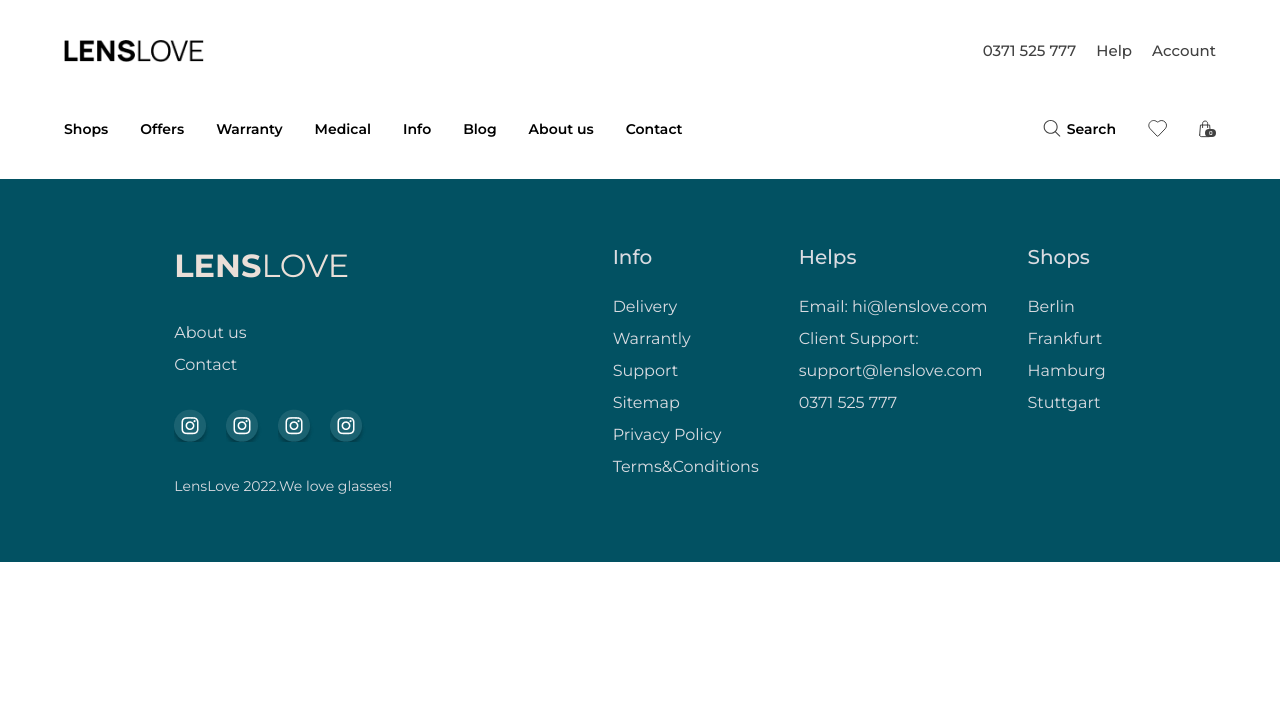
Repository: thienthanhvinh/glasses-react
Page: /shop
The author's editor kept a copy of each file at every save. The page is drawn from the files as they stood at one save, then again after a run of saves.
The browser window is 1280 px wide. The pictures show the whole page.
The project was rebuilt for these pictures with package versions that can differ from the ones it lists, and the page was loaded fresh each time. Also part of the build but not shown: src/App.css, src/components/button/Button.js, src/components/category/Category.js, src/components/intro/Intro.js, src/components/sales/SpringSales.js, src/modules/GlassesGrid.js, src/modules/GlassesItem.js, src/modules/HeadlineImage.js and 11 more.

Above is the page before, as saved 2023-02-13 20:07:50.

### public/index.html
<!DOCTYPE html>
<html lang="en">
  <head>
    <meta charset="utf-8" />
    <link rel="icon" href="%PUBLIC_URL%/favicon.ico" />
    <meta name="viewport" content="width=device-width, initial-scale=1" />
    <meta name="theme-color" content="#000000" />
    <meta
      name="description"
      content="Web site created using create-react-app"
    />
    <link rel="apple-touch-icon" href="%PUBLIC_URL%/logo192.png" />
    <!--
      manifest.json provides metadata used when your web app is installed on a
      user's mobile device or desktop. See https://developers.google.com/web/fundamentals/web-app-manifest/
    -->
    <link rel="manifest" href="%PUBLIC_URL%/manifest.json" />
    <!--
      Notice the use of %PUBLIC_URL% in the tags above.
      It will be replaced with the URL of the `public` folder during the build.
      Only files inside the `public` folder can be referenced from the HTML.

      Unlike "/favicon.ico" or "favicon.ico", "%PUBLIC_URL%/favicon.ico" will
      work correctly both with client-side routing and a non-root public URL.
      Learn how to configure a non-root public URL by running `npm run build`.
    -->
    <link href="https://fonts.googleapis.com/css2?family=Montserrat:wght@300;400;500;600;700&display=swap" rel="stylesheet">
    <title>React App</title>
  </head>
  <body>
    <noscript>You need to enable JavaScript to run this app.</noscript>
    <div id="root"></div>
    <!--
      This HTML file is a template.
      If you open it directly in the browser, you will see an empty page.

      You can add webfonts, meta tags, or analytics to this file.
      The build step will place the bundled scripts into the <body> tag.

      To begin the development, run `npm start` or `yarn start`.
      To create a production bundle, use `npm run build` or `yarn build`.
    -->
  </body>
</html>

### src/index.js
import React from 'react';
import ReactDOM from 'react-dom/client';
import './index.css';
import App from './App';
import reportWebVitals from './reportWebVitals';
import { BrowserRouter } from 'react-router-dom';
import { ToastContainer, toast } from 'react-toastify';
import 'react-toastify/dist/ReactToastify.css';

const root = ReactDOM.createRoot(document.getElementById('root'));
root.render(
  // <React.StrictMode>
  <BrowserRouter>
    <App />
    <ToastContainer></ToastContainer>
  </BrowserRouter>
  // </React.StrictMode>
);

// If you want to start measuring performance in your app, pass a function
// to log results (for example: reportWebVitals(console.log))
// or send to an analytics endpoint. Learn more: https://bit.ly/CRA-vitals
reportWebVitals();

### src/index.css
/* body {
  margin: 0;
  font-family: -apple-system, BlinkMacSystemFont, 'Segoe UI', 'Roboto', 'Oxygen',
    'Ubuntu', 'Cantarell', 'Fira Sans', 'Droid Sans', 'Helvetica Neue',
    sans-serif;
  -webkit-font-smoothing: antialiased;
  -moz-osx-font-smoothing: grayscale;
}

code {
  font-family: source-code-pro, Menlo, Monaco, Consolas, 'Courier New',
    monospace;
} */

@tailwind base;
@tailwind components;
@tailwind utilities;

body {
  font-family: 'Montserrat', sans-serif;
}
/* .darkmode-input:checked + div .darkmode-spinner {
  transform: translateX(33px);
} */
.active-light {
  transform: translateX(0px);
  transition: all 0.4s;
}
.active-dark {
  transform: translateX(33px);
  transition: all 0.4s;
}

/* .darkmode-input:checked + div {


} */

/* .darkmode-input:checked + div .darkmode-spinner {
  background-color: white;
} */

### src/App.js

import { Route, Routes } from 'react-router-dom';
import './App.css';
import HomePage from './pages/HomePage';
import ShopPage from './pages/ShopPage';
import SignInPage from './pages/SignInPage';
import SignUpPage from './pages/SignUpPage';

function App() {
  return (
    <Routes>
      <Route path='/sign-up' element={<SignUpPage></SignUpPage>}></Route>
      <Route path='/sign-in' element={<SignInPage></SignInPage>}></Route>
      <Route path='/' element={<HomePage></HomePage>}></Route>
      <Route path='/shop' element={<ShopPage></ShopPage>}></Route>
    </Routes>
  );
}

export default App;

### src/pages/ShopPage.js
import React from 'react';
import SpringSales from '../components/sales/SpringSales';
import LayoutGlasses from '../layout/LayoutGlasses';

const ShopPage = () => {
    return (
        <>
            <LayoutGlasses>

            </LayoutGlasses>
        </>
    );
};

export default ShopPage;

### src/modules/Menu.js
import React from "react";
import { Link } from "react-router-dom";
import Navbar from "../components/navbar/Navbar";

const Menu = () => {
  return (
    <div className="py-10 px-16">
      <div className="flex items-center justify-between mb-14">
        <img src="/logo.png" alt="" className="w-[140px] h-auto object-cover" />
        <div className="flex gap-x-5 text-secondary-3 text-[15px] font-medium">
            <span>0371 525 777</span>
            <Link to="/">Help</Link>
            <Link to="/sign-in">Account</Link>
        </div>
      </div>
      <Navbar></Navbar>
    </div>
  );
};

export default Menu;

### src/modules/Footer.js
import React from "react";
import { Link } from "react-router-dom";

const Footer = () => {
  return (
    <div className="bg-primary flex justify-around px-16 py-16 text-gray-white">
      <div className="flex flex-col">
        <h2 className="text-secondary font-extrabold text-[32px] leading-[46px] mb-8">
          LENS<span className="font-normal">LOVE</span>
        </h2>
        <Link to="/about" className="mb-2">
          About us
        </Link>
        <Link to="contact" className="mb-8">
          Contact
        </Link>
        <div className="flex gap-x-4 mb-8">
          <span>
            <img src="/Instagram.png" alt="" />
          </span>
          <span>
            <img src="/Instagram.png" alt="" />
          </span>
          <span>
            <img src="/Instagram.png" alt="" />
          </span>
          <span>
            <img src="/Instagram.png" alt="" />
          </span>
        </div>
        <p className="text-[14px] leading-[24px]">
          LensLove 2022.We love glasses!
        </p>
      </div>
      <div className="flex gap-x-10">
        <div>
          <h3 className="font-medium text-xl mb-6">Info</h3>
          <div className="flex flex-col gap-y-2">
            <p>Delivery</p>
            <p>Warrantly</p>
            <p>Support</p>
            <p>Sitemap</p>
            <p>Privacy Policy</p>
            <p>Terms&Conditions</p>
          </div>
        </div>
        <div>
          <h3 className="font-medium text-xl mb-6">Helps</h3>
          <div className="flex flex-col gap-y-2">
            <p>Email: hi@lenslove.com</p>
            <p>Client Support:</p>
            <p>support@lenslove.com</p>
            <p>0371 525 777</p>
          </div>
        </div>
        <div>
          <h3 className="font-medium text-xl mb-6">Shops</h3>
          <div className="flex flex-col gap-y-2">
            <p>Berlin</p>
            <p>Frankfurt</p>
            <p>Hamburg</p>
            <p>Stuttgart</p>
          </div>
        </div>
      </div>
    </div>
  );
};

export default Footer;

### src/layout/LayoutGlasses.js
import React from 'react';
import Footer from '../modules/Footer';
import Menu from '../modules/Menu';

const LayoutGlasses = ({children}) => {
    return (
        <>
         <Menu></Menu>
            {children}
         <Footer></Footer>
        </>
    );
};

export default LayoutGlasses;

### src/components/navbar/Navbar.js
import React from "react";
import { Link } from "react-router-dom";

const Navbar = () => {
  return (
    <div className="flex">
      <ul className="flex text-sm font-semibold gap-x-8">
        <li>
          <Link to="/shop">Shops</Link>
        </li>
        <li>
          <Link to="/">Offers</Link>
        </li>
        <li>
          <Link to="/">Warranty</Link>
        </li>
        <li>
          <Link to="/">Medical</Link>
        </li>
        <li>
          <Link to="/">Info</Link>
        </li>
        <li>
          <Link to="/">Blog</Link>
        </li>
        <li>
          <Link to="/">About us</Link>
        </li>
        <li>
          <Link to="/">Contact</Link>
        </li>
      </ul>
      <div className="ml-auto flex items-center gap-x-8">
        <div className="flex gap-x-[6px] items-center">
          <svg
            width={18}
            height={17}
            viewBox="0 0 18 17"
            fill="none"
            xmlns="http://www.w3.org/2000/svg"
          >
            <path
              d="M17.153 15.747L12.8535 11.5161C13.9794 10.2929 14.6712 8.67509 14.6712 6.89489C14.6707 3.0867 11.534 0 7.66437 0C3.79477 0 0.658081 3.0867 0.658081 6.89489C0.658081 10.7031 3.79477 13.7898 7.66437 13.7898C9.3363 13.7898 10.8698 13.2115 12.0743 12.2501L16.3905 16.4976C16.6008 16.7047 16.9422 16.7047 17.1525 16.4976C17.3633 16.2904 17.3633 15.9541 17.153 15.747ZM7.66437 12.729C4.39027 12.729 1.7361 10.117 1.7361 6.89489C1.7361 3.67281 4.39027 1.06082 7.66437 1.06082C10.9385 1.06082 13.5926 3.67281 13.5926 6.89489C13.5926 10.117 10.9385 12.729 7.66437 12.729Z"
              fill="#414141"
            />
          </svg>
          <span className="text-sm font-semibold">Search</span>
        </div>
        <span>
          <svg
            width="19"
            height="17"
            viewBox="0 0 19 17"
            fill="none"
            xmlns="http://www.w3.org/2000/svg"
          >
            <path
              d="M2.14414 8.80841C0.111678 6.47788 0.614575 3.72661 2.23686 2.03652C3.85628 0.349414 6.5587 -0.245866 8.98238 1.79479L8.98243 1.79483C9.37299 2.12358 9.93842 2.1081 10.3148 1.781L10.3148 1.78097C12.5442 -0.15713 15.2905 0.329246 16.9821 1.956C17.8273 2.76872 18.3905 3.85299 18.4856 5.03784C18.5799 6.21232 18.2175 7.5254 17.1436 8.81679L10.2601 16.0112C9.92623 16.3602 9.36908 16.3602 9.03526 16.0113L2.14414 8.80841Z"
              stroke="#414141"
            />
          </svg>
        </span>
        <span>
          <svg
            width="17"
            height="18"
            viewBox="0 0 17 18"
            fill="none"
            xmlns="http://www.w3.org/2000/svg"
          >
            <path
              d="M0.672966 15.0244L1.47201 5.03632H10.653L11.452 15.0244C11.5228 15.9093 10.8238 16.6665 9.93602 16.6665H2.18895C1.30121 16.6665 0.602173 15.9093 0.672966 15.0244Z"
              stroke="#414141"
              stroke-linecap="round"
              stroke-linejoin="round"
            />
            <path
              d="M3.58252 7.56769V3.52604C3.58252 2.68402 4.08773 1 6.10856 1C8.12938 1 8.63459 2.68402 8.63459 3.52604V7.56769"
              stroke="#414141"
              stroke-linecap="round"
              stroke-linejoin="round"
            />
            <rect x="6" y="9" width="11" height="8" rx="4" fill="#414141" />
            <path
              d="M11.8424 15.084C11.5568 15.084 11.3048 15.0233 11.0864 14.902C10.868 14.7788 10.6972 14.608 10.574 14.3896C10.4527 14.1712 10.392 13.9192 10.392 13.6336V12.3344C10.392 12.0488 10.4527 11.7968 10.574 11.5784C10.6972 11.36 10.868 11.1901 11.0864 11.0688C11.3048 10.9456 11.5568 10.884 11.8424 10.884C12.128 10.884 12.3791 10.9456 12.5956 11.0688C12.814 11.1901 12.9848 11.36 13.108 11.5784C13.2312 11.7968 13.2928 12.0488 13.2928 12.3344V13.6336C13.2928 13.9192 13.2312 14.1712 13.108 14.3896C12.9848 14.608 12.814 14.7788 12.5956 14.902C12.3791 15.0233 12.128 15.084 11.8424 15.084ZM11.8424 14.4428C11.9843 14.4428 12.1131 14.4092 12.2288 14.342C12.3445 14.2729 12.436 14.1815 12.5032 14.0676C12.5704 13.9519 12.604 13.8231 12.604 13.6812V12.284C12.604 12.1403 12.5704 12.0115 12.5032 11.8976C12.436 11.7819 12.3445 11.6904 12.2288 11.6232C12.1131 11.5541 11.9843 11.5196 11.8424 11.5196C11.7005 11.5196 11.5717 11.5541 11.456 11.6232C11.3403 11.6904 11.2488 11.7819 11.1816 11.8976C11.1144 12.0115 11.0808 12.1403 11.0808 12.284V13.6812C11.0808 13.8231 11.1144 13.9519 11.1816 14.0676C11.2488 14.1815 11.3403 14.2729 11.456 14.342C11.5717 14.4092 11.7005 14.4428 11.8424 14.4428Z"
              fill="white"
            />
          </svg>
        </span>
      </div>
    </div>
  );
};

export default Navbar;

### tailwind.config.js
/** @type {import('tailwindcss').Config} */
module.exports = {
  content: [
    "./src/**/*.{js,jsx,ts,tsx}",
  ],
  darkMode: 'class',
  theme: {
    extend: {
      colors: {
        'color-1': "#808191",
        'color-2': "#2d3436",
        'primary' : '#025162',
        'secondary': '#EADFD8',
        'secondary-3': '#414141',
        'tertiary' : '#E75313',
        'lens': '#D4E1F4',
        'gray-white': '#D9DBE1',
        'dark-text-primary': '#dfe6e9',
        'dark-color' : '#4e4f50',
        'dark-secon-color': '#2d3436',
        'dark-third-color': '#3a3a3a',
        'dark-four-color' : '#242526',
        'dark-five-color' : '#3A3A3A',

      }
    },
  },
  plugins: [],
}

### src/components/common/Heading.js
import React from 'react';

const Heading = ({children, className = ''}) => {
    return (
        <h2 className={`font-extrabold text-[70px] leading-[98px] text-center text-primary mb-[70px] ${className}`}>
            {children}
        </h2>
    );
};
export default Heading;

Loaded but not shown: src/reportWebVitals.js (common file)

After the next 4 saves:
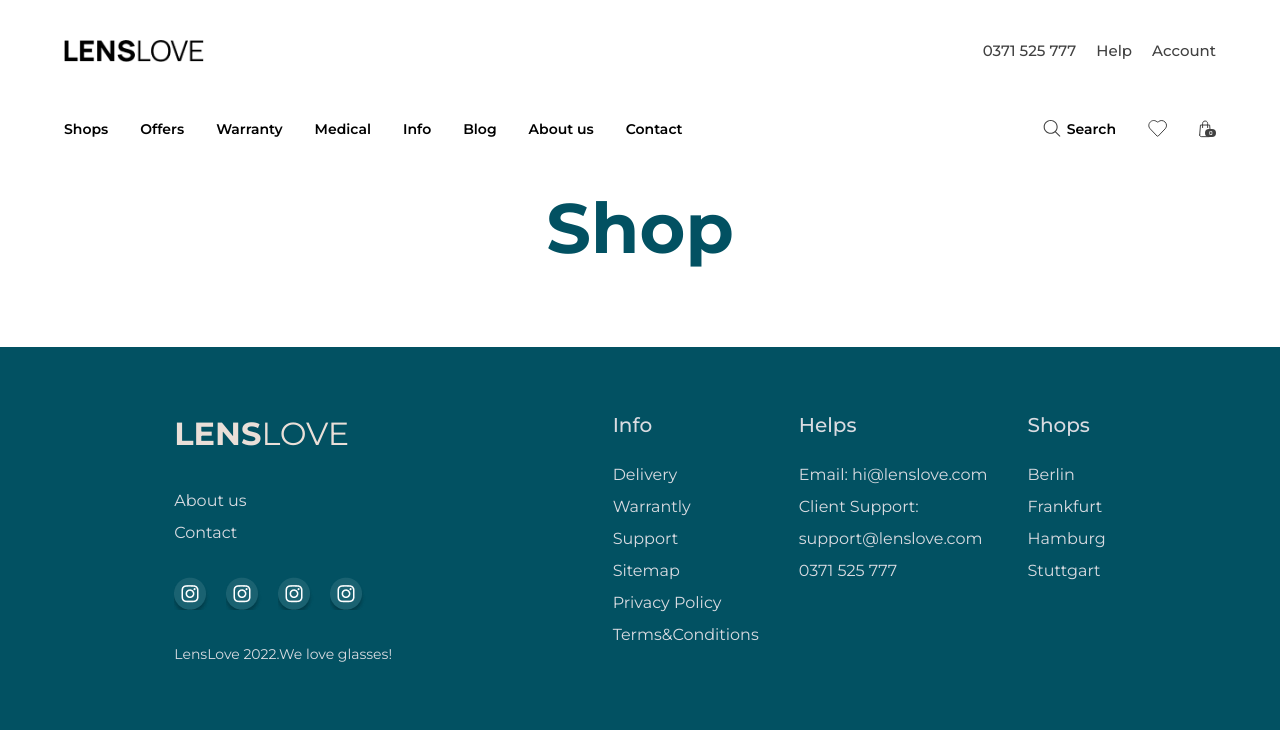
The 4 saves are shown as one change because they came seconds apart.
The last was saved 13 s later.
--- a/src/pages/ShopPage.js
+++ b/src/pages/ShopPage.js
@@ -1,4 +1,5 @@
 import React from 'react';
+import Heading from '../components/common/Heading';
 import SpringSales from '../components/sales/SpringSales';
 import LayoutGlasses from '../layout/LayoutGlasses';
 
@@ -6,7 +7,7 @@ const ShopPage = () => {
     return (
         <>
             <LayoutGlasses>
-
+                <Heading>Shop</Heading>
             </LayoutGlasses>
         </>
     );
